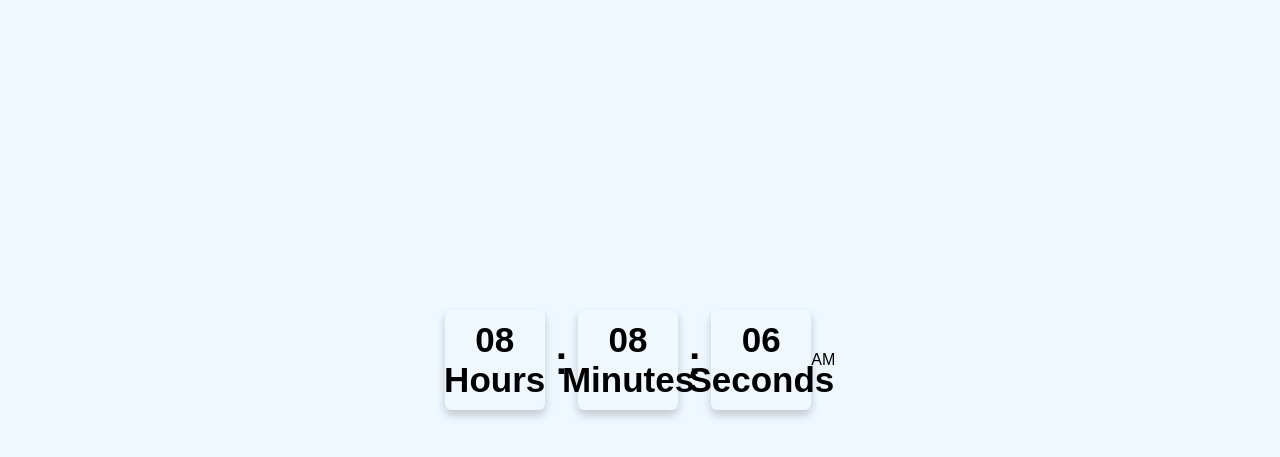
Repository: HueVu99/ComPonents
Page: Dynamic Digital Clock/index.html
The author's editor kept a copy of each file at every save. The page is drawn from the files as they stood at one save, then again after a run of saves.
The browser window is 1280 px wide. The pictures show the whole page.

Above is the page before, as saved 2022-07-08 16:39:42.

### Dynamic Digital Clock/index.html
<!DOCTYPE html>
<html lang="en">
<head>
    <meta charset="UTF-8">
    <meta http-equiv="X-UA-Compatible" content="IE=edge">
    <meta name="viewport" content="width=device-width, initial-scale=1.0">
    <title>Document</title>
    <link rel="stylesheet" href="style.css">
    <link rel="stylesheet" href="https://cdnjs.cloudflare.com/ajax/libs/jquery/3.6.0/jquery.min.js">
</head>
<body>
    <section>
        <div class="container">
            <div class="time">
              <div class="time-colon">
                <div class="time-text">
                    <span class="num hour_num"> 08</span>
                    <span class="text">Hours</span>
                </div>
                <span class="colon">:</span>
               </div>
            <div class="time-colon">
                <div class="time-text">
                    <span class="num min_num"> 08</span>
                    <span class="text">Minutes</span>
                </div>
                <span class="colon">:</span>
            </div>
            <div class="time-colon">
                <div class="time-text">
                    <span class="num sec_num"> 06</span>
                    <span class="text">Seconds</span>
                </div>
                <span class="am_pm">AM</span>
                 </div>
            </div>
        </div>
    </section>
    <script src="main.js"></script>
</body>
</html>

### Dynamic Digital Clock/style.css
@import url('https://fonts.googleapis.com/css2?family=Poppins:wght@200&display=swap');
*{
    margin: 0;
    padding: 0;
    box-sizing:border-box;
    font-family:"Orbitron",sans-serif;

}
section{
    min-height: 100vh;
    width: 100%;
    display: flex;
    align-items: center;
    justify-content: center;
    background: #F0F8FF;
}
section.container{
    display: flex;
    align-items: center;
    justify-content: center;
    height: 220px;
    max-width: 550px;
    width: 100%;
    background: #fff;
    box-shadow: 0 5px 10px rgba(0 , 0 , 0, 0.2);
    border-radius: 12px;
}
section .container .time{
    display: flex;
    align-items: center;
}
.container .time .time-colon{
    display: flex;
    align-items: center;
    position: relative;
}
.time .time-colon .am_pm{
    position: relative;
    position: a;
}
.time .time-colon .time-text{
    width: 100px;
    height: 100px;
    display: flex;
    align-items: center;
    flex-direction: column;
    justify-content: center;
    background: #F0F8FF;
    border-radius: 6px;
    box-shadow: 0 5px 10px rgba(0 , 0, 0, 0.2);
}
.time .time-colon .time-text,
.time .time-colon .colon{
    font-size:35px;
    font-weight: 600;
}
.time .time-colon .colon{
    font-size: 40px;
    margin: 0 10px;
}

Loaded but not shown: Dynamic Digital Clock/main.js (no copy from this time; the picture is the same without it)

After the next 4 saves:
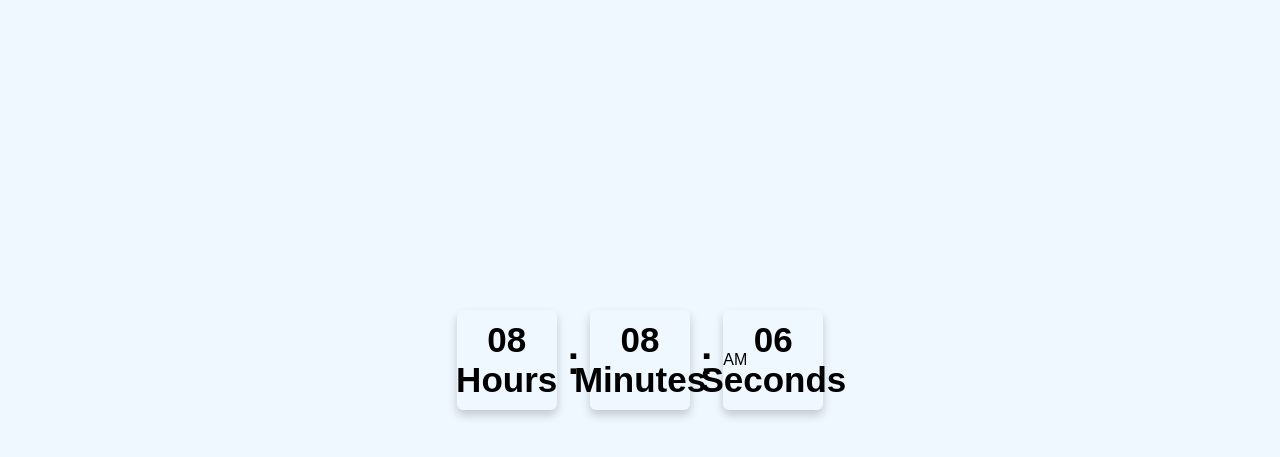
The 4 saves are shown as one change because they came seconds apart.
The last was saved 9 s later.
--- a/Dynamic Digital Clock/style.css
+++ b/Dynamic Digital Clock/style.css
@@ -36,7 +36,8 @@ section .container .time{
 }
 .time .time-colon .am_pm{
     position: relative;
-    position: a;
+    position: absolute;
+    top: ;
 }
 .time .time-colon .time-text{
     width: 100px;
